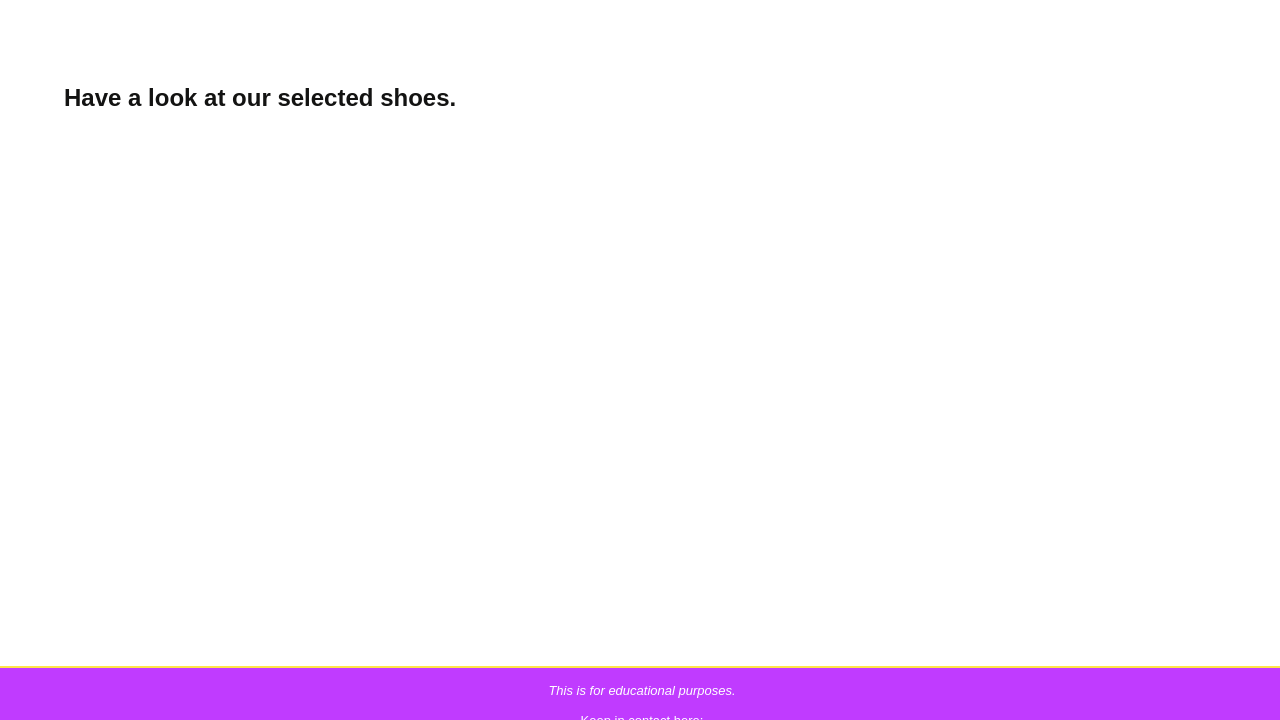
Repository: Dee-24-tu/E-Shop-SQLDatabase
Page: OnlinePetiteShoesStore/src/main/webapp/ShopDisplay.html
An editor plug-in stored every save of this project. The page is shown before and after the next save, followed by the edit.
The browser window is 1280 px wide. The pictures show the whole page.

Above is the page before, as saved 2024-04-28 12:16:26.

After the next save:
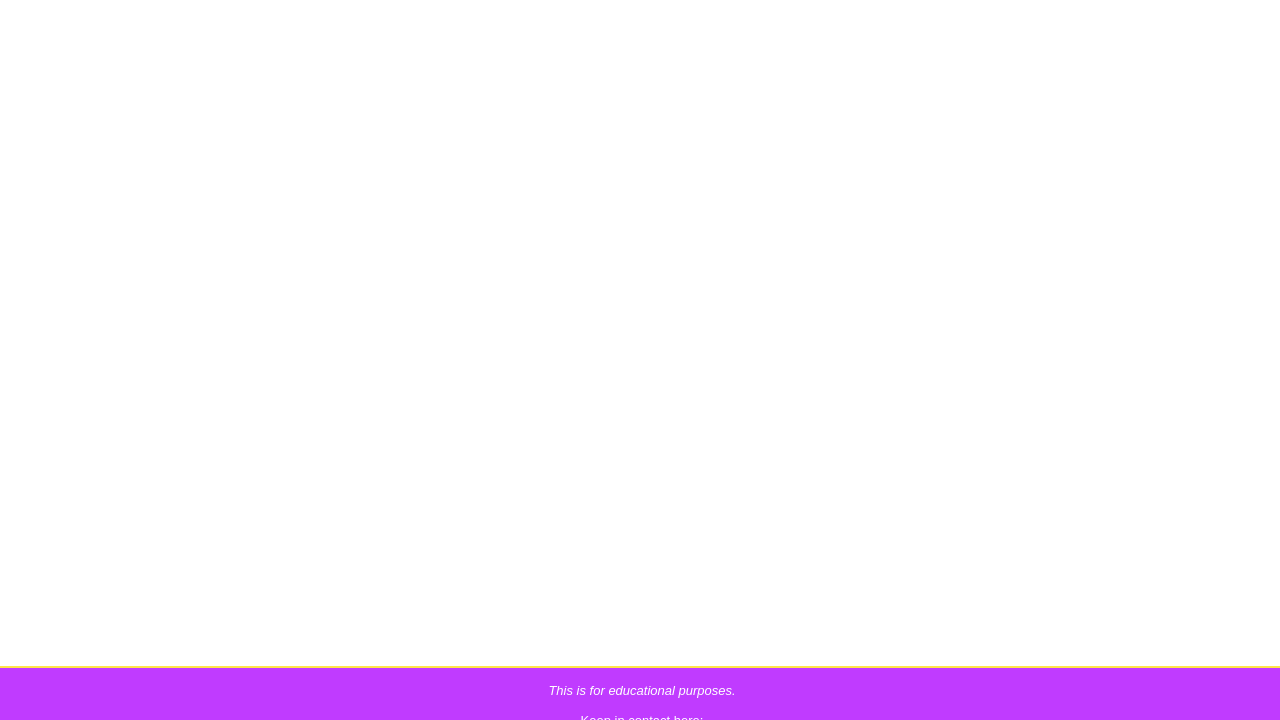
Saved 4 min 39 s later.
--- a/OnlinePetiteShoesStore/src/main/webapp/ShopDisplay.html
+++ b/OnlinePetiteShoesStore/src/main/webapp/ShopDisplay.html
@@ -6,11 +6,6 @@
 </head>
 
 <body>
-	<!-- Main content -->
-	<main>
-		<h2>Have a look at our selected shoes.</h2>
-	</main>
-
    <!-- Footer of the page-->
 	<footer>
 		<p>
